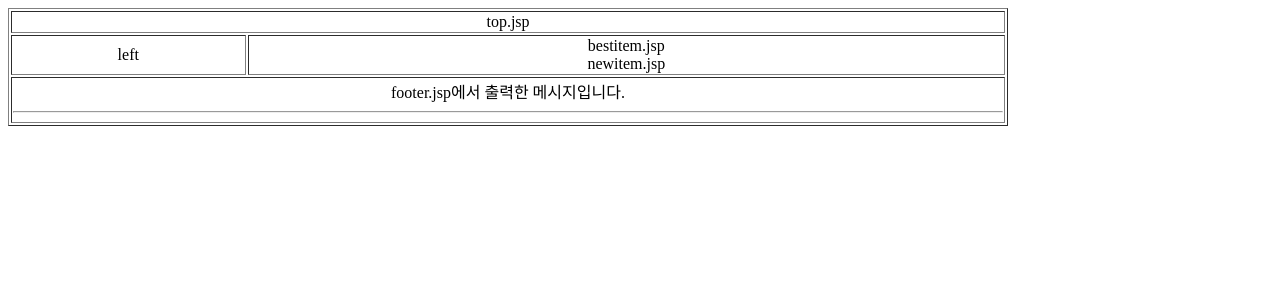
Repository: JeongDaejin/JSP-
Page: http://localhost/ServletTest/template.jsp?page=newitem
These files come from the project's save history. The page is drawn as it stood at one moment and after the next save; the edit follows.
The browser window is 1280 px wide. The pictures show the whole page.
The page is served by Tomcat 9. Other server files are loaded and not shown.

Above is the page before, as saved 2023-02-01 06:41:52.

### JSPExam2/ServletTest/src/main/webapp/template.jsp
<%@ page language="java" contentType="text/html; charset=EUC-KR"
    pageEncoding="EUC-KR"%>
<!DOCTYPE html>
<html>
<head>
<meta charset="EUC-KR">
<title>Insert title here</title>
</head>
<body>
<table border="1" style="width: 1000px; text-align: center;">

<tr >
<td colspan="2">top.jsp</td>
</tr>
<tr>
<td>left<br>
</td>
<td>bestitem.jsp<br>
newitem.jsp</td>
</tr>
<tr>
<td colspan="2"><%@ include file="footer2.jsp" %></td>
</tr>



</table>

</body>
</html>

### JSPExam2/ServletTest/src/main/webapp/footer2.jsp
<%@ page language="java" contentType="text/html; charset=EUC-KR"
    pageEncoding="EUC-KR"%>
<!DOCTYPE html>
<html>
<head>
<meta charset="EUC-KR">
<title>Insert title here</title>
</head>
<body>
footer.jsp에서 출력한 메시지입니다.
<hr>

</body>
</html>

### JSPExam2/ServletTest/src/main/webapp/bottom.jsp
<%@ page language="java" contentType="text/html; charset=EUC-KR"
    pageEncoding="EUC-KR"%>
<!DOCTYPE html>
<html>
<head>
<meta charset="EUC-KR">
<title>Insert title here</title>
</head>
<body>
<h3>Since 2023</h3>
</body>
</html>

After the next save:
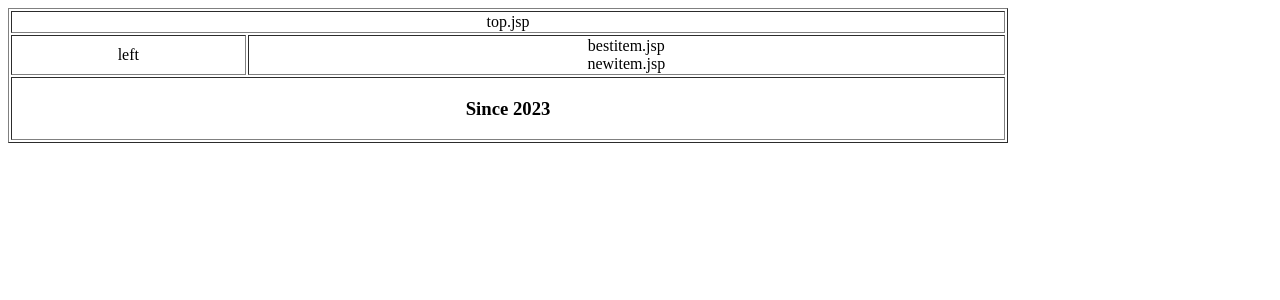
Saved 10 s later.
--- a/JSPExam2/ServletTest/src/main/webapp/template.jsp
+++ b/JSPExam2/ServletTest/src/main/webapp/template.jsp
@@ -19,7 +19,7 @@
 newitem.jsp</td>
 </tr>
 <tr>
-<td colspan="2"><%@ include file="footer2.jsp" %></td>
+<td colspan="2"><%@ include file="bottom.jsp" %></td>
 </tr>
 
 
